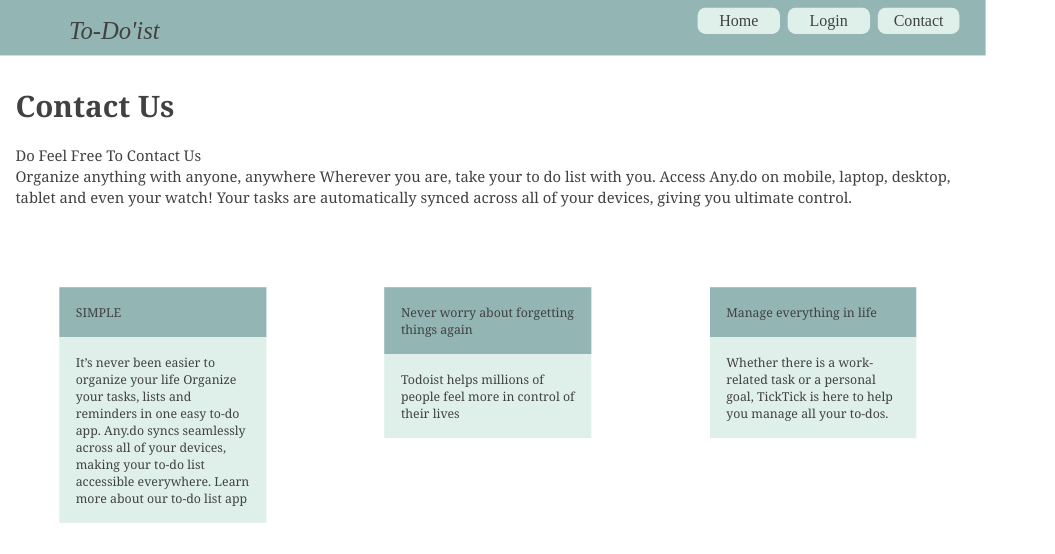
Repository: tavisca-pkadam/Todo-Website
Page: contact.html
An editor plug-in stored every save of this project. The page is shown before and after a run of saves, followed by the edit.
The browser window is 1280 px wide. The page is 1370 px wide, so the pictures cover 1370 px, including what lies to the right of the window. The pictures show the whole page, at 77% of full size.

Above is the page before, as saved 2019-08-22 14:05:03.
Console error: TypeError: Cannot set properties of null (setting 'onclick')

### contact.html
<!DOCTYPE html>
<html>
  <head>
    <meta charset="utf-8" />
    <meta http-equiv="X-UA-Compatible" content="IE=edge" />
    <title>Page Title</title>
    <meta name="viewport" content="width=device-width, initial-scale=1" />
    <link rel="stylesheet" type="text/css" media="screen" href="main2.css" />
    <link rel="import" href="components/header.html" />
    <!-- <script src='main.js'></script> -->
  </head>
  <body>
    <div class="grid-container">
      <div class="grid_header">
        <div id="head" class="header">
          <!-- <img id="company_logo" src="src/logo.jpg" width="5%" /> -->
          <p id="todo_header"><i>To-Do'ist</i></p>

          <div class="links">
            <div>
              <a href="/home_grid.html">
                <div class="link_btn">Home</div>
              </a>
              <a href="/login_grid.html">
                <div class="link_btn">Login</div>
              </a>

              <a href="/contact.html">
                <div class="link_btn">Contact</div>
              </a>
            </div>
          </div>
        </div>
      </div>
      <!-- <div class="grid_side_nav">
        <div class="side_nav">
            <a href="/home_grid.html">

          <div id="side_todo" class="side_btn">
              To-do's
          </div>
        </a>

        <a href="/account.html">
          <div id="side_user" class="side_btn">
              Account
            </div>
          </a>
          <a href="/login_grid.html">
          <div id="side_login" class="side_btn">
              Login
            </div>
          </a>
        </div>
      </div> -->
      <div class="grid_main_content">
        <div class="home">
          <div>
            <h1>Contact Us</h1>
            <div>Do Feel Free To Contact Us</div>
          </div>

          Organize anything with anyone, anywhere Wherever you are, take your to
          do list with you. Access Any.do on mobile, laptop, desktop, tablet and
          even your watch! Your tasks are automatically synced across all of
          your devices, giving you ultimate control.
        </div>
        <div class="card">
          <div class="card_head">SIMPLE</div>
          <div class="card_content">
            It’s never been easier to organize your life Organize your tasks,
            lists and reminders in one easy to-do app. Any.do syncs seamlessly
            across all of your devices, making your to-do list accessible
            everywhere. Learn more about our to-do list app
          </div>
        </div>
        <div class="card">
          <div class="card_head">Never worry about forgetting things again</div>
          <div class="card_content">
            Todoist helps millions of people feel more in control of their lives
          </div>
        </div>
        <div class="card">
          <div class="card_head">Manage everything in life</div>
          <div class="card_content">
            Whether there is a work-related task or a personal goal, TickTick is
            here to help you manage all your to-dos.
          </div>
        </div>
      </div>

      <div class="grid_footer"></div>
    </div>
    <script src="scripts/main2.js"></script>
  </body>
</html>

### main2.css
.header {
    background-color:#93b5b3;
    grid-column: 1/5;
    position: relative;
    width: 100vw;
    height: 10vh;
    margin: 0%;
    /* border-bottom: 2px double black; */
    font-family: fantasy;
  }

  input {
    border-radius: 8px;
    width: 20vw;
    height: 3vh;
  }

  body {
      font-family: Cambria, Cochin, Georgia, Times, 'Times New Roman', serif;
      margin: 0%;
      color: #414141;
  }
  a {
    color: #414141;
    text-decoration: none;
  }

  #company_logo {
    position: absolute;
    left: 1%;
    width: 4%;
    margin-top: 1vh;
  }

  #todo_header {
    font-size: 2em;
    position: absolute;
    width: 100%;
    left: 7%;
    padding-bottom: 7%;
    /* text-align: left; */
    top: -10px;
    /* right: 45%; */
  }

  .side_nav {
    margin-top:2%;
    /* position: fixed; */
    width: 100%;
    background-color: #dff0ea;
    height: 88vh;
  }

  .side_btn {
    padding-top: 8%;
    text-align: center;
    width: 98%;
    height:8%;
    position: relative;
    background-color: #dff0ea;
    /* margin-top: 50%; */
    font-size: 1.3rem;
    border-width: 0px 5px 1px 0px;
    border-style: solid;
    border-color: #63707e;
  }


  .side_btn:hover {
    /* left:-5%; */
    background-color: #c8dad3;
    border-color: #63707e;
    border-style: solid;
    transition: linear;
    cursor: pointer;

  }

  .modal_header{
      background-color: #c8dad3;
      height: 15%;
      padding-top: 1%;
      line-height: 1.3rem;
      font-size: 1.2rem;
  }

  .todo_content {
    position: relative;
    /* left: 5%; */
    /* width: 85%; */
    /* background-color: aquamarine; */
    height: 78vh;
  }

  #todo_add_modal{
      border-radius: 10px;
      border-style: solid;
      border-color: #553c8b;
      visibility: hidden;
      position: absolute;
      height: 20vh;
      left: 20vw;
      width: 50%;
      margin-top:8%;
      text-align: center;
      background-color: #f2f6f5;
      z-index: 10;
  }

  #todo_add_modal_input {
      margin: 2% 10%;
      /* background-color: aquamarine; */
      width: 80%;
  }
  #todo_add_modal_add_btn{
      margin: 2% 45%;
      background-color: #ccc1ff;
      cursor: pointer;

  }
  #todo_add_modal_add_btn:hover {
    background-color: #c8dad3;

  }

  #todo_content_head {
    border: 1px;
    position: relative;
    /* background-color: deepskyblue; */
    padding: 5px;
    width: 60%;
    height: 6vh;
    border-radius: 20px;
    left: 20%;
    top: 5%;

    border-width: 1px;
    border-style: solid;
    border-color: #553c8b;
  }

  .search_button {

    text-align: center;
    background-color: #dff0ea;
    border-radius: 5px;
    padding: 0.5%;
    cursor: pointer;

  }

  #todo_content_head_search_input{
      position: absolute;
      left:5%;
      margin-top: 10px;

  }

  #todo_content_head_search_btn{
      position: absolute;
      left:50%;
      margin-top: 10px;
      width: 15%;
      background-color: #dff0ea;
  }

  #todo_content_head_search_btn:hover {
    background-color: #c8dad3;

  }

  #todo_content_search {
    position: absolute;
    /* background-color: darksalmon; */
    padding: 0.5%;
    margin-left: 4%;
    padding-left: 2%;
    padding-right: 4%;
    left: 6vw;
    border-radius: 2px;
    /* border-width: 1px; */
    /* border-style: solid; */
    margin: 3px;

    border-color: #553c8b;
  }
  #todo_content_add {
    position: absolute;
    background-color: #dff0ea;
    left: 70%;
    /* top: 10px; */
    width: 15%;
    margin-top: 10px;
  }

  #todo_content_add:hover{
    background-color: #c8dad3;

  }

  #todo_list {
    /* background-color: mediumslateblue; */
    position: relative;
    width: 80%;
    left: 10%;
    top: 10%;
    height: 55vh;
    border-radius: 15px;
    padding: 3px;
    padding-left: 8px;

    border-width: 1px;
    border-style: solid;
    border-color: #553c8b;

    overflow-y:scroll;
    scroll-behavior: smooth;


  }

  .todo_item {
    margin: 5px;
    margin-top: 15px;
  }

  .todo_edit_btn {
    position: absolute;
    text-align: center;
    padding: 3px 10px;
    width: 7%;
    background-color: #dff0ea;
    margin-left: 75%;
    border-radius: 5px;
    cursor: pointer;
  }


  .todo_edit_btn:hover{
    background-color: #c8dad3;
  }

  .todo_remove_btn {
    text-align: center;
    padding: 3px 10px;
    width: 7%;
    background-color: #dff0ea;
    margin-left: 88%;
    border-radius: 5px;
    cursor: pointer;

  }

  .todo_remove_btn:hover{
    background-color: #c8dad3;
  }

  .todo_detail {
    width: 70%;

    position: absolute;
    padding: 2px;
    padding-left: 1%;

    border-bottom: 6px solid;
    border-left: 6px solid;
    border-width: 1px;
    border-color: #553c8b;
  }

  .links {
    position: relative;
    width: 30%;
    float: right;
    /* font-family: 'Lucida Sans', 'Lucida Sans Regular', 'Lucida Grande', 'Lucida Sans Unicode', Geneva, Verdana, sans-serif */
    font-size: 1.3rem;
  }

  .link_btn {
    float: left;
    padding: 5px 15px;
    background-color: #dff0ea;
    width: 20%;
    border-radius: 10px;
    margin-left:10px;
    margin-top:10px;
    text-align: center;
  }

  .link_btn:hover {
    background-color: #c8dad3;

  }


  #link_btn_home {
    margin-left: 0%;
  }

  #link_btn_a {
    margin-left: 30%;
  }

  #link_btn_b {
    margin-left: 60%;
  }

  /* Login */

  .login {
    padding: 10px;
    margin: 25%;
    margin-top: 8%;
    border-radius: 5px;
    border-color: #553c8b;
    border-width: 1px;
    border-style: solid;
    background-color: #dff0ea;
  }

  #login_user_input {
    margin: 5%;
    text-align: left;
    padding-left:10%;
  }

  #login_password_input {
    margin: 5%;
    text-align: left;
    padding-left:10%;

  }

  .grid-container {
    grid-template-areas:
      "header header header header header"
      "main_content main_content main_content main_content main_content"
      "main_content main_content main_content main_content main_content"
      "main_content main_content main_content main_content main_content"
      "main_content main_content main_content main_content main_content"
      "footer footer footer footer footer";
    display: grid;
    /* background-color: #2196F3; */
  }

  .grid_header {
    height: 9vh;
    grid-area: header;
    /* background-color: aquamarine; */
  }

  .grid_side_nav {
    height: 89vh;
    width: 20vw;
    grid-area: side_nav;
    /* background-color: red; */
  }

  .grid_main_content {
    height: 79vh;
    width: 100vw;
    grid-area: main_content;
    /* background-color: blueviolet; */
  }

  .grid_footer {
    height: 4vh;
    width: 80vw;
    grid-area: footer;
  }


  /* AccountDetails */

  .account_content{
      /* background-color: burlywood; */
      margin-top: 7px;
  }

  .account_head{
      /* background-color: coral; */
      text-align: center;
      font-family: 'Franklin Gothic Medium', 'Arial Narrow', Arial, sans-serif;
      font-size: 1.5rem;
      padding: 1%;
      background-color: #dff0ea;
      border-style: solid;
      border-width: 0px 0px 2px 0px;
      border-color:  #414141;
    }

  .account_details_header{
      font-family: 'Franklin Gothic Medium', 'Arial Narrow', Arial, sans-serif;
      font-size: 1.2rem;
      padding-left:2%;
      margin-top:2%;
  }

  .account_details{
      font-family: 'Courier New', Courier, monospace;
      line-height: 1.2rem;
      /* background-color: greenyellow; */
      padding-left: 10%;
  }

  .detail_name{
    width: 50%;
    position: relative;
    float: left;
  }

  .detail_input{
    width: 10%;
    position: static;
  }

  #save_button {
    width:5%;
    top:20vh;
    background-color: #dff0ea;
    border-radius: 5px;
    text-align: center;
    padding: 0.5% 2%;
    position: fixed;
    right:5%;
  }

  #save_button:hover {
    background-color: #c8dad3;
  }

  .home{
      padding:20px;
      font-size: 1.2rem;
  }

  .card{
      padding:6%;
      margin-top:1vh;
      /* background-color: #c8dad3; */
      width: 21vw;
      height: 10vh;
      float:left;
  }

  .card_head{
      padding: 8%;
      background-color: #93b5b3
  }

  .card_content{
      padding:  8%;
      background-color: #dff0ea;
  }


#login_btn{
    background-color: #93b5b3;
    width: 20%;
    padding: 3px 5px;
    cursor: pointer;

    border-radius:10px;
  }


#login_btn:hover{
    background-color: #63707e;

  }

### scripts/main2.js

document.getElementById("login_btn").onclick = () => {
    var username = document.getElementById("username").value;
    var password = document.getElementById("password").value;
    console.log(username+password);

    if( username === "paresh" && password ==="kadam"){
        sessionStorage.setItem("login","true");
        console.log("us kadam");
        window.location = "http://127.0.0.1:5500/todo.html";
    }
    else{
        sessionStorage.setItem("login","false");
    }
}

After the next 2 saves:
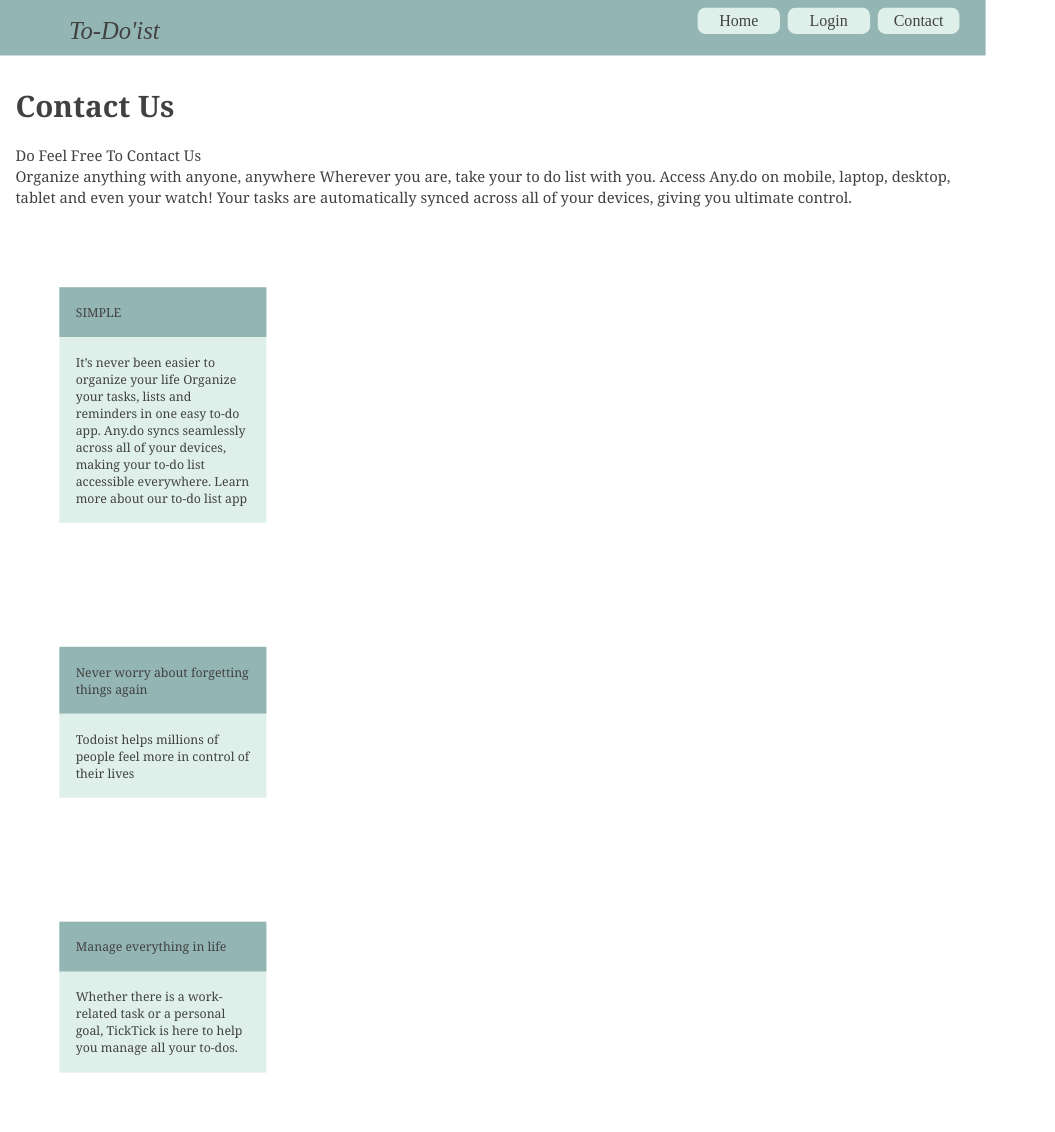
The 2 saves are shown as one change because they came seconds apart.
The last was saved 7 s later.
--- a/main2.css
+++ b/main2.css
@@ -439,7 +439,7 @@
       margin-top:1vh;
       /* background-color: #c8dad3; */
       width: 21vw;
-      height: 10vh;
+      height:
       float:left;
   }
 

After the save that followed:
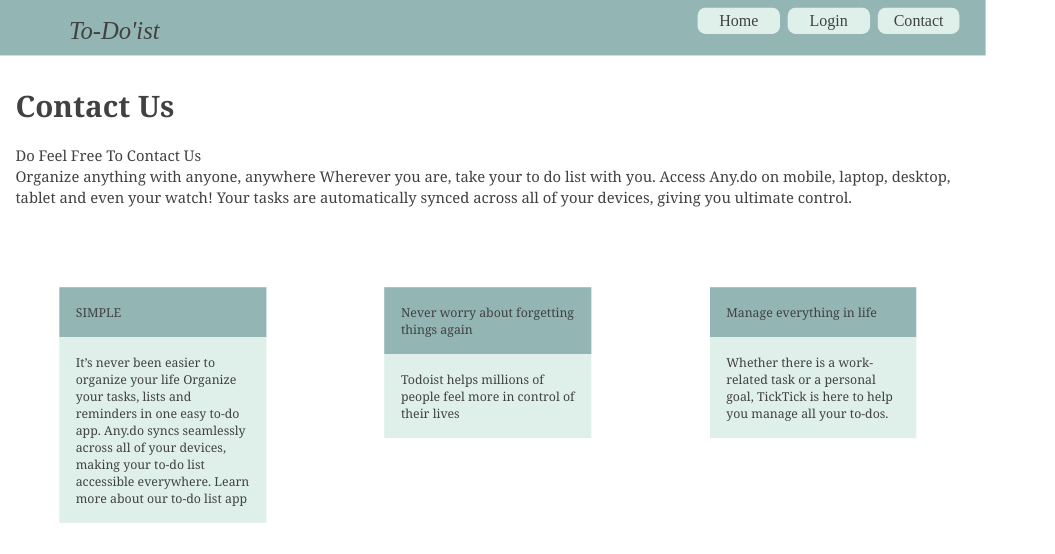
Saved 4 s later.
--- a/main2.css
+++ b/main2.css
@@ -439,7 +439,7 @@
       margin-top:1vh;
       /* background-color: #c8dad3; */
       width: 21vw;
-      height:
+      height: 10vh;
       float:left;
   }
 
